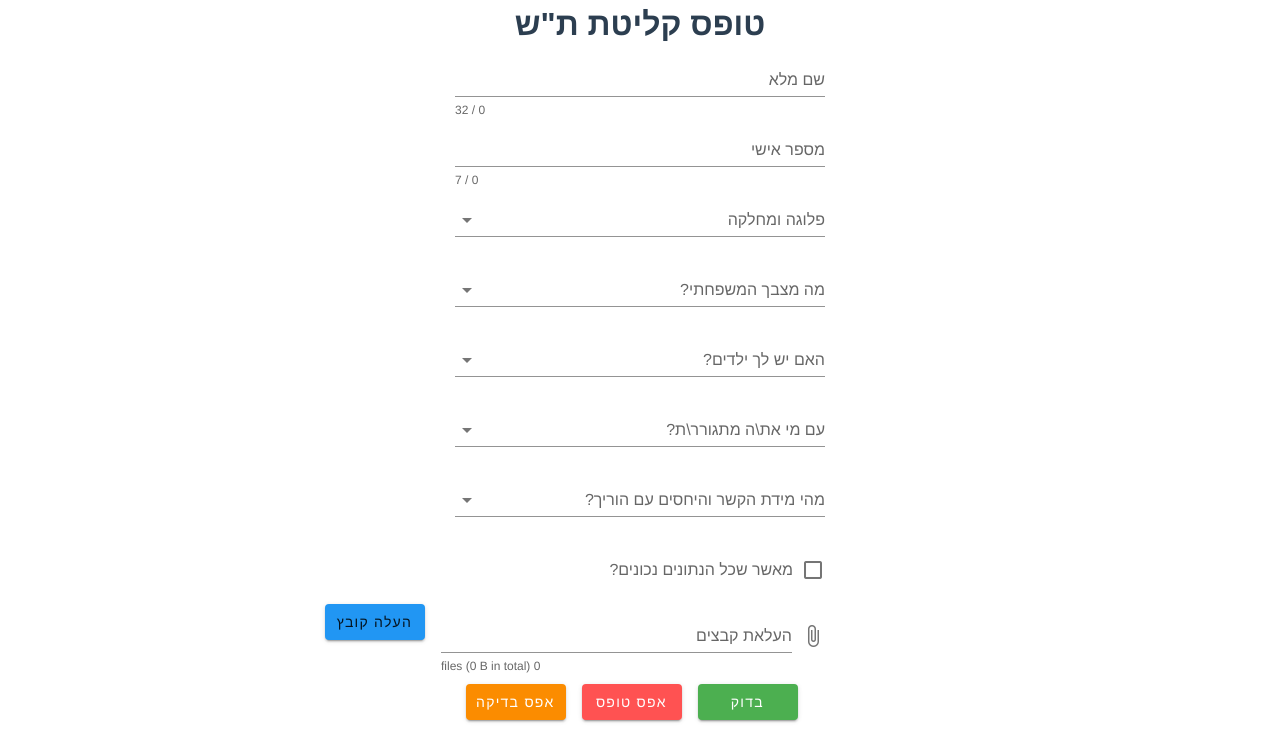
Repository: Natanhel/klitat-tash
Page: /
These files come from the project's save history. The page is drawn as it stood at one moment and after the next save; the edit follows.
The browser window is 1280 px wide. The pictures show the whole page.
The page's requests for data from a server got no answer. The project was rebuilt for these pictures with package versions that can differ from the ones it lists, and the page was loaded fresh each time. No one was signed in, and anything a server would have sent is missing. Also part of the build but not shown: vue.config.js.

Above is the page before, as saved 2020-12-01 18:10:25.

After the next save:
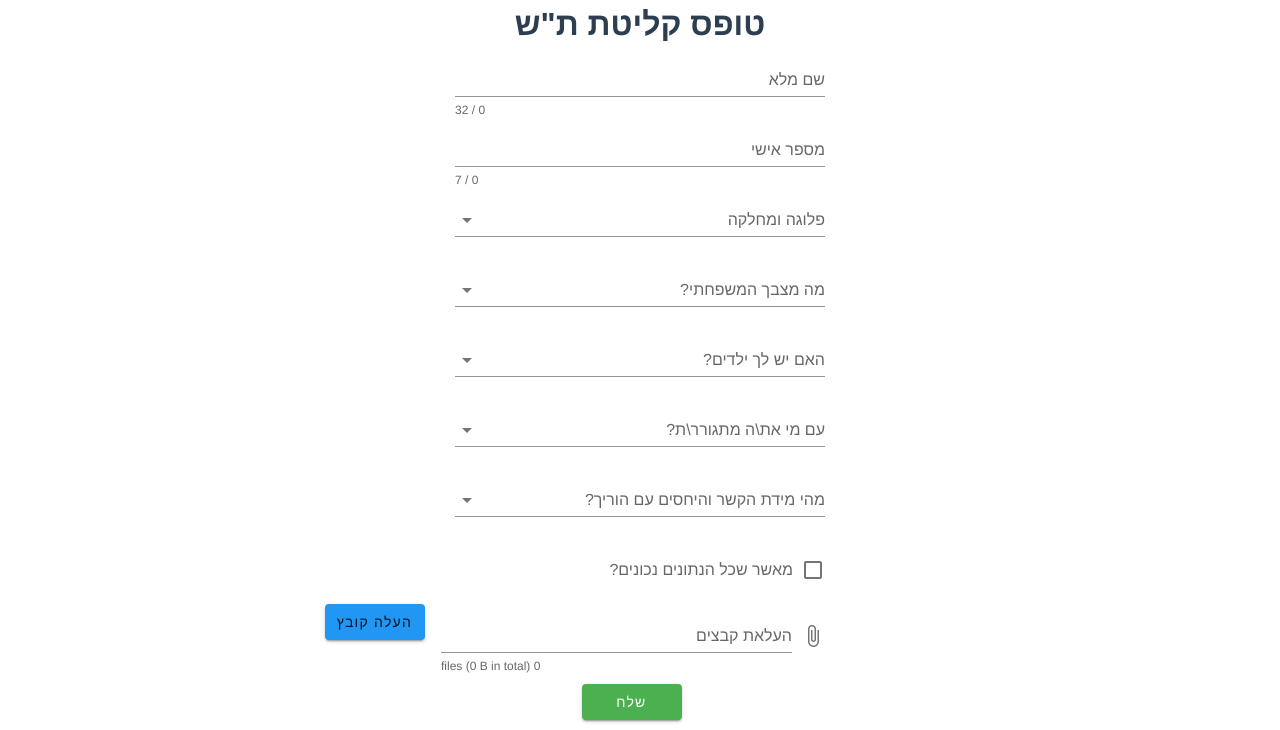
Saved 23 s later.
--- a/src/App.vue
+++ b/src/App.vue
@@ -91,23 +91,7 @@
           class="mr-4"
           @click="validate"
         >
-          בדוק
-        </v-btn>
-
-        <v-btn
-          color="error"
-          class="mr-4"
-          @click="reset"
-        >
-          אפס טופס
-        </v-btn>
-
-        <v-btn
-          color="warning"
-          class="mr-4"
-          @click="resetValidation"
-        >
-          אפס בדיקה
+          שלח
         </v-btn>
       </div>
 
